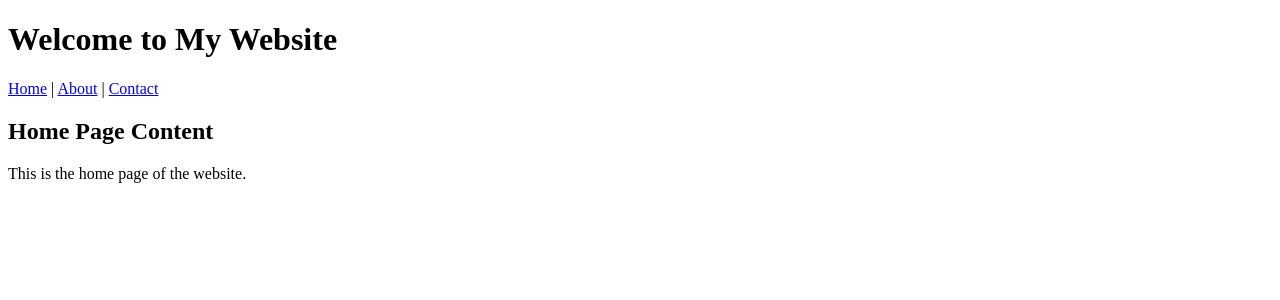
Repository: amarjeetcs/Besant-JSP
Page: http://localhost/HelloWorldUsingJsp/Directives/index.jsp
The author's editor kept a copy of each file at every save. The page is drawn from the files as they stood at one save, then again after the next save.
The browser window is 1280 px wide. The pictures show the whole page.
The page is served by Tomcat 9.

Above is the page before, as saved 2024-09-20 03:55:22.

After the next save:
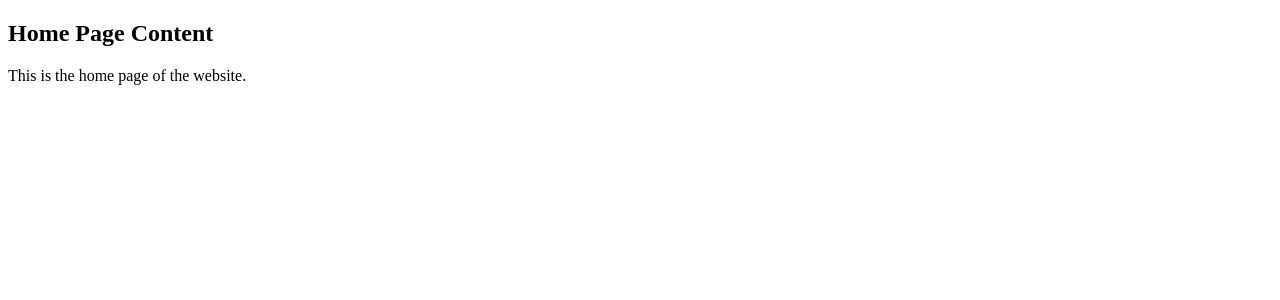
Saved 101 s later.
--- a/HelloWorldUsingJsp/src/main/webapp/Directives/index.jsp
+++ b/HelloWorldUsingJsp/src/main/webapp/Directives/index.jsp
@@ -1,4 +1,4 @@
-<%@ include file="header.jsp" %>
+
 <!DOCTYPE html>
 <html>
 <head>

After the save that followed:
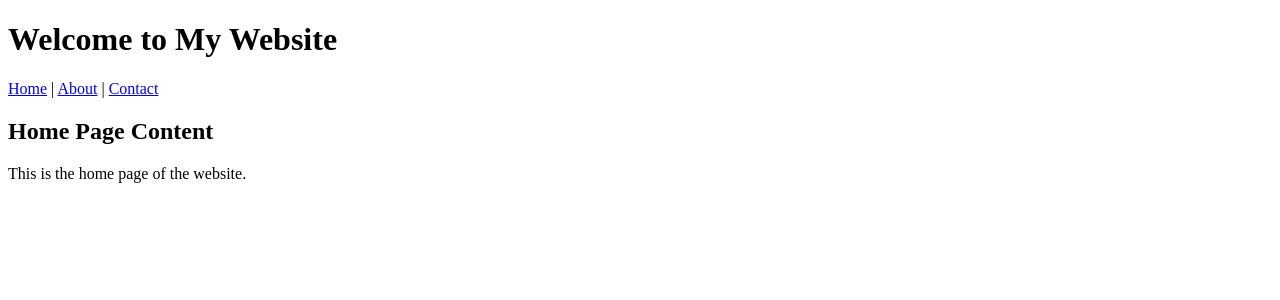
Saved 94 s later.
--- a/HelloWorldUsingJsp/src/main/webapp/Directives/index.jsp
+++ b/HelloWorldUsingJsp/src/main/webapp/Directives/index.jsp
@@ -1,4 +1,4 @@
-
+<%@ include file="header.jsp" %>
 <!DOCTYPE html>
 <html>
 <head>
